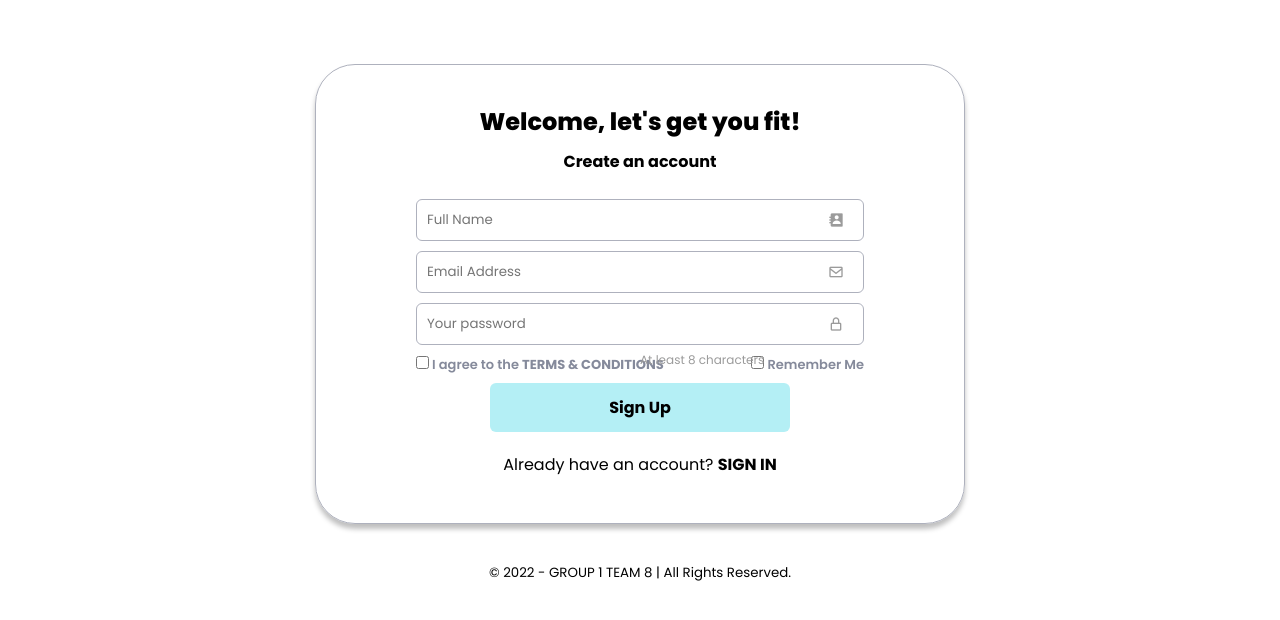
Repository: Rellzcodez/Group1-Team8
Page: pages/signup.html
An editor plug-in stored every save of this project. The page is shown before and after the next save, followed by the edit.
The browser window is 1280 px wide. The pictures show the whole page.

Above is the page before, as saved 2022-09-12 14:07:49.

After the next save:
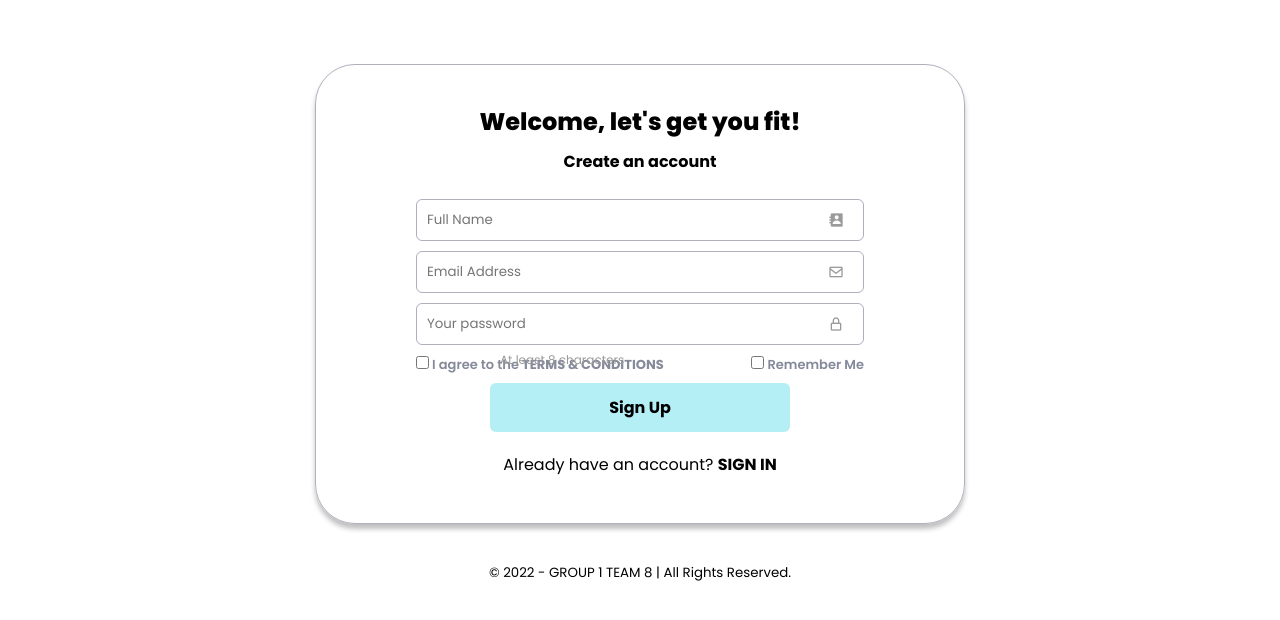
Saved 6 s later.
--- a/css/signup.css
+++ b/css/signup.css
@@ -126,7 +126,7 @@ span{
     position: absolute;
     top: 50%;
     transform: translateY(-50%);
-    left: ;
+    left: 500px;
     color: #9B9B9B;
     pointer-events: none;
 }
